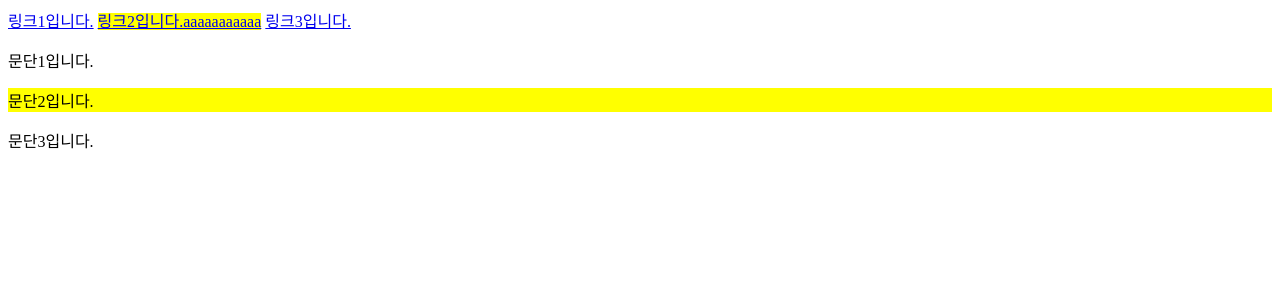
Repository: chanjin5212/Full-Stack-study
Page: client/ClientTest/src/main/webapp/html/ex14_tag.html
These files come from the project's save history. The page is drawn as it stood at one moment and after the next save; the edit follows.
The browser window is 1280 px wide. The pictures show the whole page.

Above is the page before, as saved 2022-05-24 06:04:38.

After the next save:
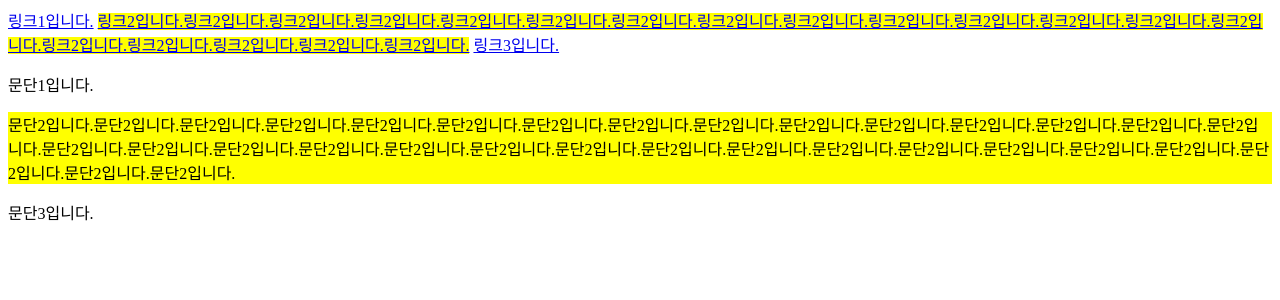
Saved 6 min 16 s later.
--- a/client/ClientTest/src/main/webapp/html/ex14_tag.html
+++ b/client/ClientTest/src/main/webapp/html/ex14_tag.html
@@ -21,22 +21,19 @@
 		- 자신의 내용물과 다른 태그의 내용물을 다른 라인에 출력한다.
 		- 이유: 내용물의 크기와 상관없이 태그의 영역(너비)는 항상 100%이다. 높이는 내용물의 크기와 동일하다.
 
-
-	 -->
+	-->
 
 
-	 <!-- a태그는 인라인태그이다. -->
-	 <!-- <br>는 인라인 요소를 개행하는 역할의 태그 -->
-	 <a href="ex01.html">링크1입니다.</a>
-	 <a href="ex02.html" style="background-color: yellow;">링크2입니다.aaaaaaaaaaa</a>
-	 <a href="ex03.html">링크3입니다.</a>
+	<!-- a태그는 인라인 태그이다. -->
+	<!-- <br>는 인라인 요소를 개행하는 역할의 태그 -->
+	<a href="ex01.html">링크1입니다.</a>
+	<a href="ex02.html" style="background-color: yellow;">링크2입니다.링크2입니다.링크2입니다.링크2입니다.링크2입니다.링크2입니다.링크2입니다.링크2입니다.링크2입니다.링크2입니다.링크2입니다.링크2입니다.링크2입니다.링크2입니다.링크2입니다.링크2입니다.링크2입니다.링크2입니다.링크2입니다.</a>
+	<a href="ex03.html">링크3입니다.</a>
 
-	 <!-- p태그는 블럭 태그이다. -->
-	 <p>문단1입니다.</p>
-	 <p style="background-color: yellow;">문단2입니다.</p>
-	 <p>문단3입니다.</p>
-
-
+	<!-- p태그는 블럭 태그이다. -->
+	<p>문단1입니다.</p>
+	<p style="background-color: yellow;">문단2입니다.문단2입니다.문단2입니다.문단2입니다.문단2입니다.문단2입니다.문단2입니다.문단2입니다.문단2입니다.문단2입니다.문단2입니다.문단2입니다.문단2입니다.문단2입니다.문단2입니다.문단2입니다.문단2입니다.문단2입니다.문단2입니다.문단2입니다.문단2입니다.문단2입니다.문단2입니다.문단2입니다.문단2입니다.문단2입니다.문단2입니다.문단2입니다.문단2입니다.문단2입니다.문단2입니다.문단2입니다.</p>
+	<p>문단3입니다.</p>
 
 
 </body>
